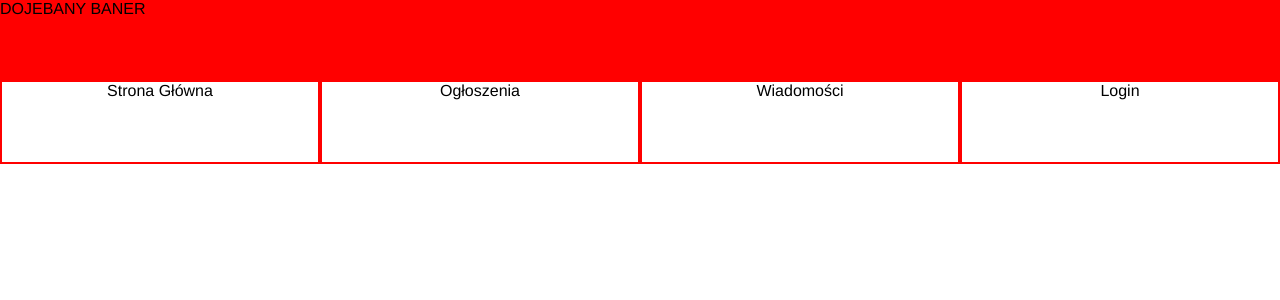
Repository: PatrykStawik/projectppz
Page: /
The author's editor kept a copy of each file at every save. The page is drawn from the files as they stood at one save, then again after the next save.
The browser window is 1280 px wide. The pictures show the whole page.
The project was rebuilt for these pictures with package versions that can differ from the ones it lists, and the page was loaded fresh each time. The framework's server and built-in components were replaced by stand-ins that run in the browser.

Above is the page before, as saved 2021-05-21 21:36:04.

After the next save:
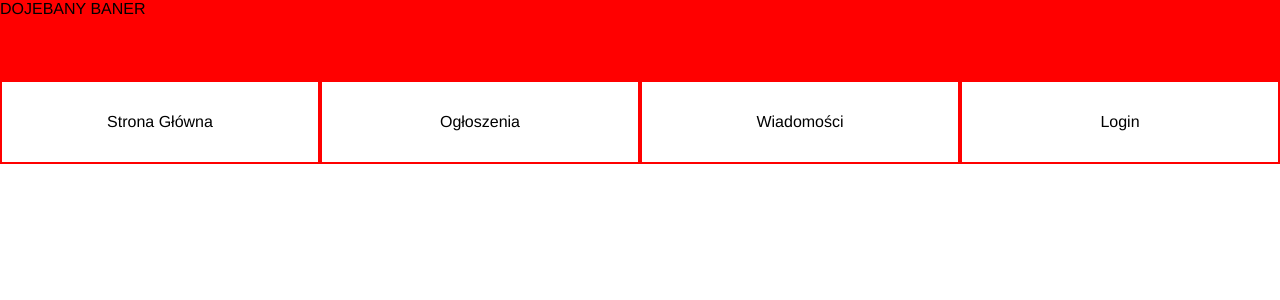
Saved 17 s later.
--- a/components/Header/Header.tsx
+++ b/components/Header/Header.tsx
@@ -15,7 +15,7 @@ const Wrapper = styled.header`
       flex: 1;
       text-align: center;
       height: 100%;
-
+      line-height: 80px;
       border: 2px solid red;
     }
   }
